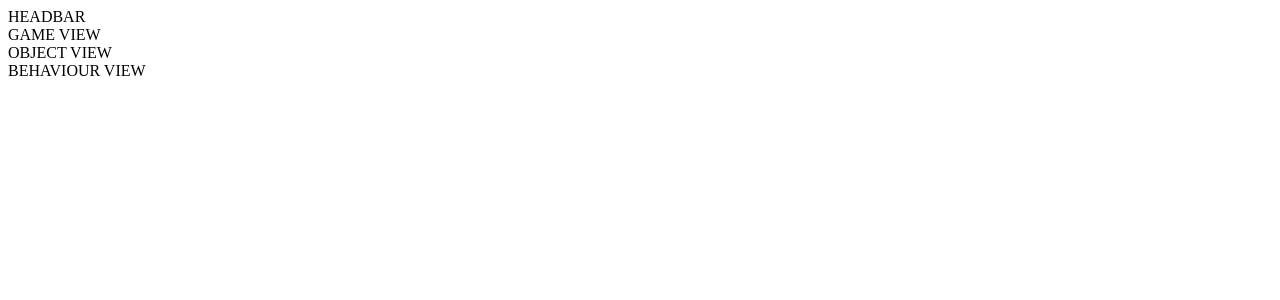
Repository: n-donnelly/onlinegameproto
Page: Content/main.html
The author's editor kept a record of every edit. The page is drawn from the files as they stood at one moment, then again after the next edit.
The browser window is 1280 px wide. The pictures show the whole page.

Above is the page before.
Not found: Content/CSS/main.css
Not found: Content/scripts/main.js

After the next edit:
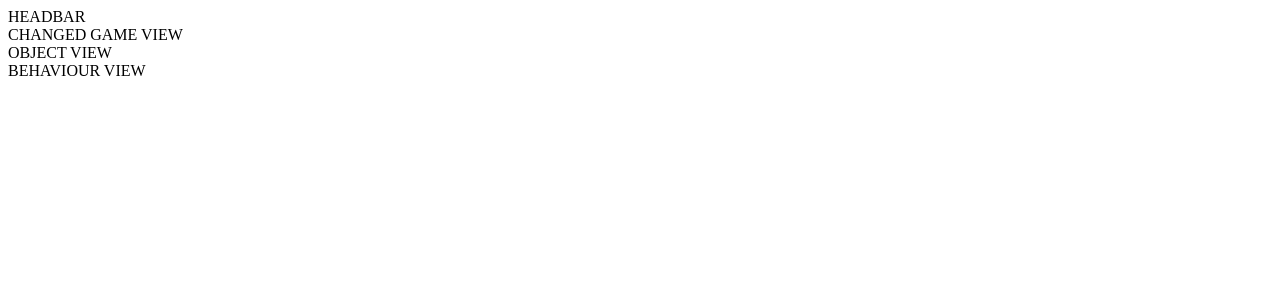
The edit:
--- a/Content/main.html
+++ b/Content/main.html
@@ -20,8 +20,8 @@
     <div id="behaviourView">BEHAVIOUR VIEW</div>
 </div>
 
-
-<script src="scripts/main.js"></script>
+<script src="/scripts/jquery-2.1.3.min.js"></script>
+<script src="/scripts/main.js"></script>
 
 </body>
 </html>
